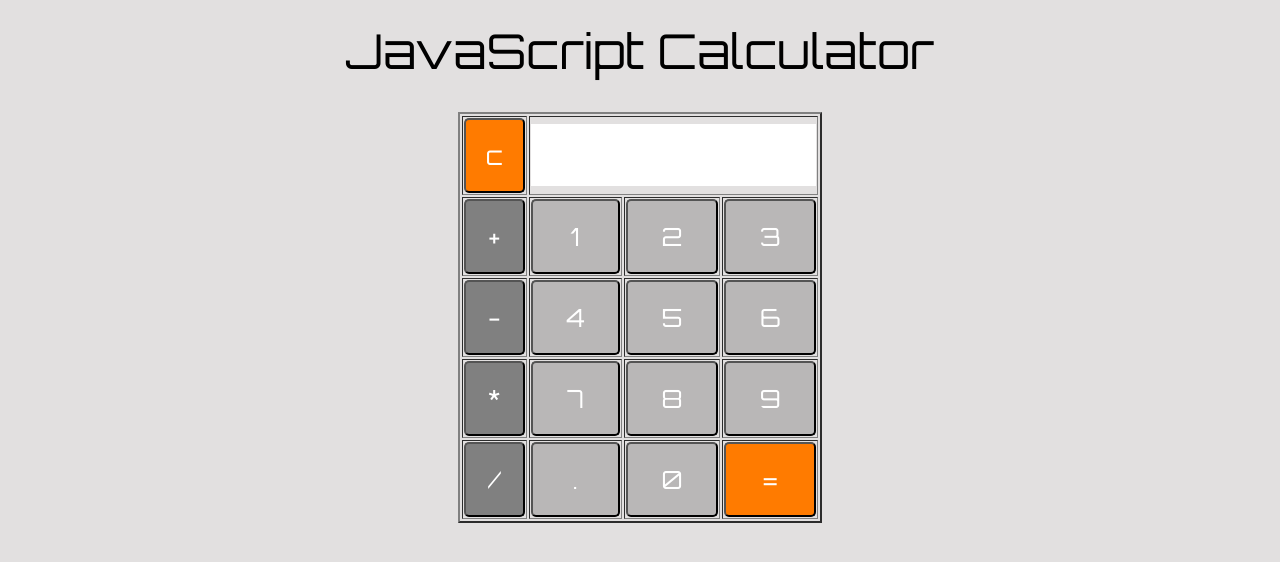
Repository: spidero7/Simple-Calculator
Page: index.html
These files come from the project's save history. The page is drawn as it stood at one moment and after the next save; the edit follows.
The browser window is 1280 px wide. The pictures show the whole page.

Above is the page before, as saved 2021-09-16 08:03:21.

After the next save:
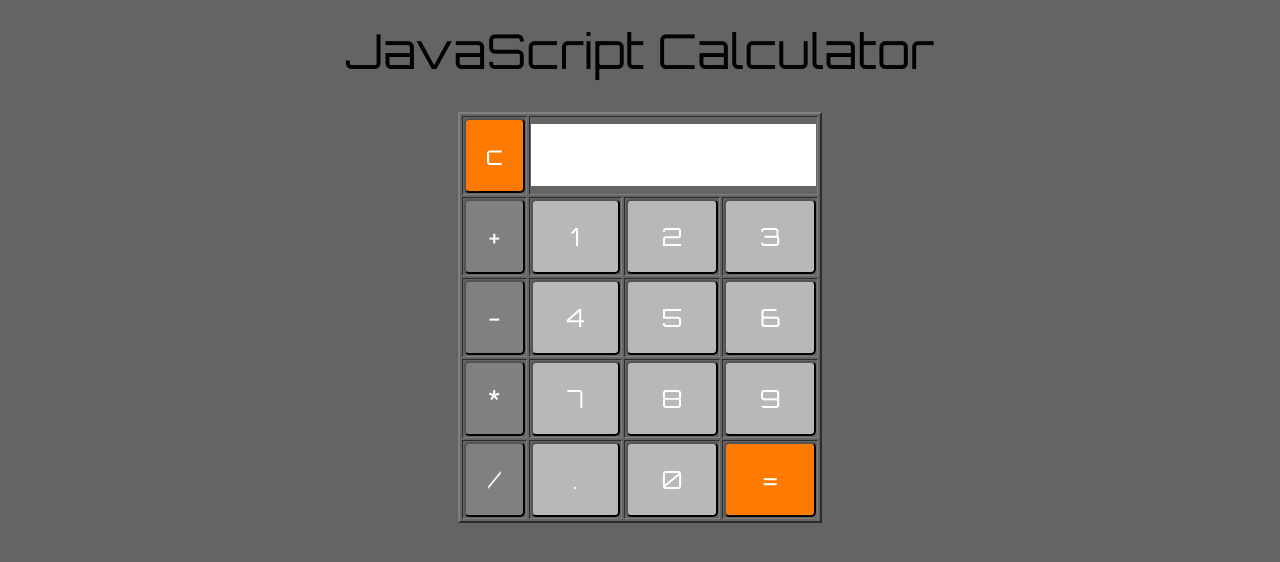
Saved 35 s later.
--- a/style.css
+++ b/style.css
@@ -6,7 +6,7 @@
 body {
     margin: 0;
     padding: 0;
-    background-color: rgb(226, 224, 224);
+    background-color: rgb(100, 100, 100);
 }
 
 .calculator-container {
